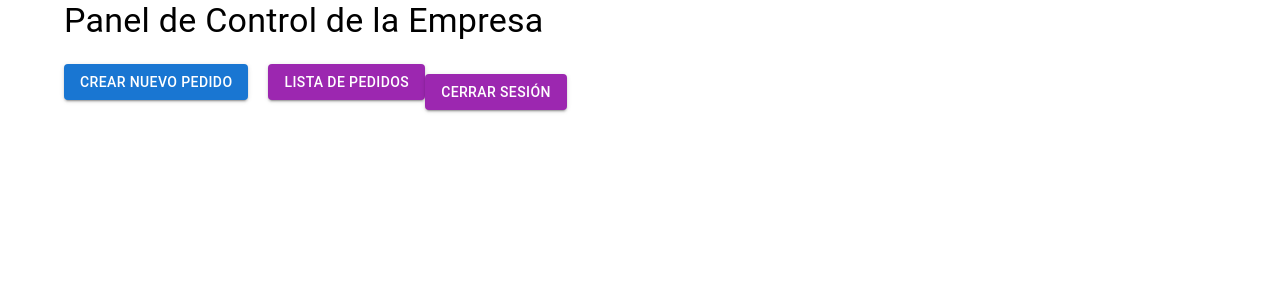
Repository: ferugarte/deliverapp
Page: /dashboard/company
The author's editor kept a copy of each file at every save. The page is drawn from the files as they stood at one save, then again after the next save.
The browser window is 1280 px wide. The pictures show the whole page.
The project was rebuilt for these pictures with package versions that can differ from the ones it lists, and the page was loaded fresh each time. Also part of the build but not shown: src/components/Auth/Login.js, src/firebase/config.js, src/components/Auth/RegisterUser.js, src/components/Auth/RegisterCompany.js, src/components/Dashboard/AdminDashboard.js, src/components/Dashboard/DriverDashboard.js, src/components/Order/OrderList.js, src/components/Order/OrderDetails.js and 5 more.

Above is the page before, as saved 2023-12-26 12:56:14.

### src/index.css
/* src/index.css */
body {
  margin: 0;
  font-family: -apple-system, BlinkMacSystemFont, 'Segoe UI', 'Roboto', 'Oxygen',
    'Ubuntu', 'Cantarell', 'Fira Sans', 'Droid Sans', 'Helvetica Neue',
    sans-serif;
  -webkit-font-smoothing: antialiased;
  -moz-osx-font-smoothing: grayscale;
}

code {
  font-family: source-code-pro, Menlo, Monaco, Consolas, 'Courier New',
    monospace;
}

/* Agrega más estilos globales según sea necesario */

### src/App.js
import React from 'react';
import { BrowserRouter as Router, Routes, Route, Navigate } from 'react-router-dom';

// Importa tus componentes aquí...
import Login from './components/Auth/Login';
import RegisterUser from './components/Auth/RegisterUser';
import RegisterCompany from './components/Auth/RegisterCompany';
import AdminDashboard from './components/Dashboard/AdminDashboard';
import DriverDashboard from './components/Dashboard/DriverDashboard';
import CompanyDashboard from './components/Dashboard/CompanyDashboard';
import OrderList from './components/Order/OrderList';
import OrderDetails from './components/Order/OrderDetails';
import EditOrder from './components/Order/EditOrder'; // Asegúrate de tener este componente
import NewOrder from './components/Order/NewOrder';
import MessageConfig from './components/Order/MessageConfig';
import MapView from './components/Tracking/MapView';
import TrackingInfo from './components/Tracking/TrackingInfo';

function App() {
  return (
    <Router>
      <Routes>
        <Route path="/" element={<Navigate replace to="/login" />} />
        <Route path="/login" element={<Login />} />
        {/* Rutas para Autenticación */}
        <Route path="/login" element={<Login />} />
        <Route path="/register-user" element={<RegisterUser />} />
        <Route path="/register-company" element={<RegisterCompany />} />

        {/* Rutas para Dashboards */}
        <Route path="/dashboard/admin" element={<AdminDashboard />} />
        <Route path="/dashboard/driver" element={<DriverDashboard />} />
        <Route path="/dashboard/company" element={<CompanyDashboard />} />

        {/* Rutas para Pedidos */}
        <Route path="/orders" element={<OrderList />} />
        <Route path="/order/details/:id" element={<OrderDetails />} />
        <Route path="/order/edit/:id" element={<EditOrder />} />
        <Route path="/order/new" element={<NewOrder />} />
        <Route path="/order/message-config" element={<MessageConfig />} />

        {/* Rutas para Seguimiento */}
        <Route path="/tracking/map" element={<MapView />} />
        <Route path="/tracking/info/:id" element={<TrackingInfo />} />

        {/* Puedes agregar aquí más rutas según sea necesario */}
      </Routes>
    </Router>
  );
}

export default App;

### src/reportWebVitals.js
// src/reportWebVitals.js
const reportWebVitals = (onPerfEntry) => {
  if (onPerfEntry && onPerfEntry instanceof Function) {
    import('web-vitals').then(({ getCLS, getFID, getFCP, getLCP, getTTFB }) => {
      getCLS(onPerfEntry);
      getFID(onPerfEntry);
      getFCP(onPerfEntry);
      getLCP(onPerfEntry);
      getTTFB(onPerfEntry);
    });
  }
};

export default reportWebVitals;

### src/components/Dashboard/CompanyDashboard.js
// src/components/Dashboard/CompanyDashboard.js
import React from 'react';
import { useNavigate } from 'react-router-dom';
import { getAuth, signOut } from 'firebase/auth';
import { Button, Container, Typography } from '@mui/material';

const CompanyDashboard = () => {
  const navigate = useNavigate();
  const auth = getAuth();

  const handleLogoff = () => {
    signOut(auth)
      .then(() => {
        // Redirigir al usuario a la página de inicio de sesión después de cerrar sesión
        navigate('/login');
      })
      .catch((error) => {
        // Manejar posibles errores aquí
        console.error('Error al cerrar sesión:', error);
      });
  };

  return (
    <Container maxWidth="lg">
      <Typography variant="h4" gutterBottom>
        Panel de Control de la Empresa
      </Typography>

      <Button
        variant="contained"
        color="primary"
        onClick={() => navigate('/order/new')}
      >
        Crear Nuevo Pedido
      </Button>

      <Button
        variant="contained"
        color="secondary"
        onClick={() => navigate('/orders')}
        style={{ marginLeft: '20px' }}
      >
        Lista de Pedidos
      </Button>

      <Button
        variant="contained"
        color="secondary"
        onClick={handleLogoff}
        style={{ marginTop: '20px' }}
      >
        Cerrar Sesión
      </Button>

      {/* Puedes agregar más botones o enlaces según sea necesario */}
    </Container>
  );
};

export default CompanyDashboard;

Loaded but not shown: public/index.html (common file); src/index.js (common file)

After the next save:
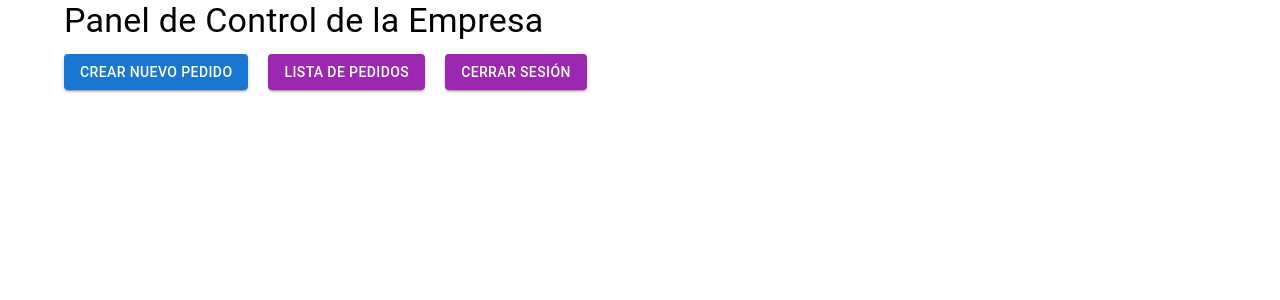
Saved 21 s later.
--- a/src/components/Dashboard/CompanyDashboard.js
+++ b/src/components/Dashboard/CompanyDashboard.js
@@ -47,7 +47,7 @@ const CompanyDashboard = () => {
         variant="contained"
         color="secondary"
         onClick={handleLogoff}
-        style={{ marginTop: '20px' }}
+        style={{ marginLeft: '20px' }}
       >
         Cerrar Sesión
       </Button>
